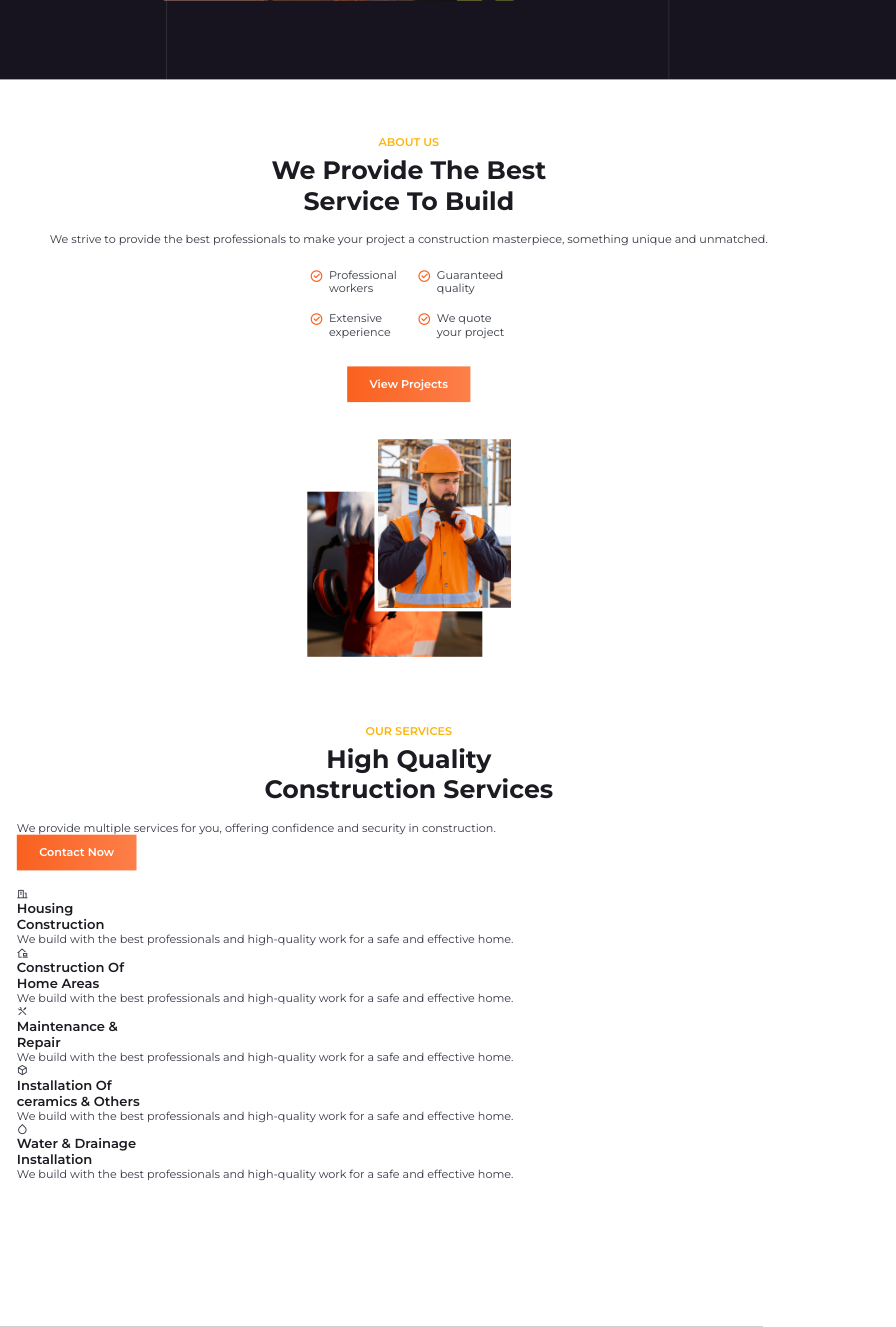
Repository: douglasabnovato/construction
Page: index.html
The author's editor kept a copy of each file at every save. The page is drawn from the files as they stood at one save, then again after the next save.
The browser window is 1280 px wide. The pictures show the part of the page from y = 1708 to 3628 px (the page is 3604 px tall before and 3628 px after), at 70% of full size.

Above is the page before, as saved 2025-05-01 13:00:39.

### index.html
<!DOCTYPE html>
<html lang="en">
  <head>
    <meta charset="UTF-8" />
    <meta name="viewport" content="width=device-width, initial-scale=1.0" />

    <!--=============== FAVICON ===============-->
    <link
      rel="shortcut icon"
      href="assets/img/favicon.png"
      type="image/x-icon"
    />

    <!--=============== REMIXICONS ===============-->
    <link
      rel="stylesheet"
      href="https://cdnjs.cloudflare.com/ajax/libs/remixicon/4.2.0/remixicon.css"
    />

    <!--=============== SWIPER CSS ===============-->
    <link rel="stylesheet" href="" />

    <!--=============== CSS ===============-->
    <link rel="stylesheet" href="assets/css/styles.css" />

    <title>Construction</title>
  </head>
  <body>
    <!--==================== HEADER ====================-->
    <header class="header bg-header" id="header">
      <nav class="nav container">
        <a href="#" class="nav__logo">
          <i class="ri-bulding-3-line"></i>
          <span>Construct</span>
        </a>
        <div class="nav__menu" id="nav-menu">
          <u class="nav__list">
            <li>
              <a href="#home" class="nav__link">Home</a>
            </li>
            <li>
              <a href="#aboutus" class="nav__link"> About Us</a>
            </li>
            <li>
              <a href="#services" class="nav__link"> Services</a>
            </li>
            <li>
              <a href="#projects" class="nav__link"> Projects</a>
            </li>
            <li>
              <a href="#contactus" class="nav__link button"> Contact Us</a>
            </li>
          </u>
          <!-- Close Button -->
          <div class="nav__close" id="nav-close">
            <i class="ri-close-large-line"></i>
          </div>
        </div>
        <!-- Toggle menu -->
        <div class="nav__toggle" id="nav-toggle">
          <i class="ri-apps-2-line"></i>
        </div>
      </nav>
    </header>

    <!--==================== MAIN ====================-->
    <main class="main">
      <!--==================== HOME ====================-->
      <section class="home section" id="home">
        <img
          src="./assets/img/home-lines-bg.svg"
          alt="image"
          class="home__lines"
        />
        <div class="home__container container grid">
          <div class="home__container grid">
            <div class="home__data">
              <h1 class="home__title">
                Create The<br />
                Constructions<br />
                You Want Here
              </h1>
              <p class="home__description">
                We provide the best home design, construction and maintenance
                services for you and your family.
              </p>
              <div class="home__buttons">
                <a href="#services" class="button">Our Services</a>
                <a href="#projects" class="button__link"
                  ><span>View Projects</span> <i class="ri-arrow-right-line"></i
                ></a>
              </div>
            </div>
            <div class="home__info">
              <div>
                <h3 class="home__info-title">10+</h3>
                <p class="home__info-description">
                  Years of <br />
                  Experience
                </p>
              </div>
              <div>
                <h3 class="home__info-title">200</h3>
                <p class="home__info-description">
                  Complete <br />
                  Projects
                </p>
              </div>
            </div>
          </div>
          <div class="home__images">
            <img src="./assets/img/home-img-1.png" alt="imagem" />
            <img src="./assets/img/home-img-2.png" alt="imagem" />
          </div>
        </div>
      </section>

      <!--==================== ABOUT ====================-->
      <section class="about section" id="about">
        <div class="about__container container grid">
          <div class="about__data">
            <span class="section__subtitle">ABOUT US</span>
            <h2 class="section__title">
              We Provide The Best <br />
              Service To Build
            </h2>
            <p class="about__description">
              We strive to provide the best professionals to make your project a
              construction masterpiece, something unique and unmatched.
            </p>
            <ul class="about__list grid">
              <li class="about__list-item">
                <i class="ri-checkbox-circle-line"></i>
                <span>Professional workers</span>
              </li>
              <li class="about__list-item">
                <i class="ri-checkbox-circle-line"></i>
                <span>Guaranteed quality</span>
              </li>
              <li class="about__list-item">
                <i class="ri-checkbox-circle-line"></i>
                <span>Extensive experience</span>
              </li>
              <li class="about__list-item">
                <i class="ri-checkbox-circle-line"></i>
                <span>We quote your project</span>
              </li>
            </ul>
            <a href="#" class="button">View Projects</a>
          </div>
          <div class="about__images">
            <img
              src="./assets/img/about-img-1.png"
              alt="image"
              class="about__img-1"
            />
            <img
              src="./assets/img/about-img-2.png"
              alt="image"
              class="about__img-2"
            />
          </div>
        </div>
      </section>

      <!--==================== SERVICES ====================-->
      <section class="services section" id="services">
        <div class="services__container container grid">
          <div class="services__data">
            <div>
              <span class="section__subtitle">OUR SERVICES</span>
              <h2 class="section__title">
                High Quality <br />
                Construction Services
              </h2>
            </div>
            <p class="services__description">
              We provide multiple services for you, offering confidence and
              security in construction.
            </p>
            <a href="#contact" class="button">Contact Now</a>
          </div>
          <div class="services__swiper">
            <div>
              <article class="services__card">
                <div class="services__icon">
                  <i class="ri-building-line"></i>
                </div>
                <h3 class="services__title">
                  Housing <br />
                  Construction
                </h3>
                <p>
                  We build with the best professionals and high-quality work for
                  a safe and effective home.
                </p>
              </article>
              <article class="services__card">
                <div class="services__icon">
                  <i class="ri-home-office-line"></i>
                </div>
                <h3 class="services__title">
                  Construction Of <br />
                  Home Areas
                </h3>
                <p>
                  We build with the best professionals and high-quality work for
                  a safe and effective home.
                </p>
              </article>
              <article class="services__card">
                <div class="services__icon"><i class="ri-tools-line"></i></div>
                <h3 class="services__title">
                  Maintenance & <br />
                  Repair
                </h3>
                <p>
                  We build with the best professionals and high-quality work for
                  a safe and effective home.
                </p>
              </article>
              <article class="services__card">
                <div class="services__icon"><i class="ri-box-3-line"></i></div>
                <h3 class="services__title">
                  Installation Of <br />
                  ceramics & Others
                </h3>
                <p>
                  We build with the best professionals and high-quality work for
                  a safe and effective home.
                </p>
              </article>
              <article class="services__card">
                <div class="services__icon"><i class="ri-drop-line"></i></div>
                <h3 class="services__title">
                  Water & Drainage <br />
                  Installation
                </h3>
                <p>
                  We build with the best professionals and high-quality work for
                  a safe and effective home.
                </p>
              </article>
            </div>
          </div>
          <!-- Navigation buttons -->
        </div>
        <div class="services__shape"></div>
      </section>

      <!--==================== PROJECTS ====================-->
      <section class="projects section" id="projects"></section>

      <!--==================== CONTACT ====================-->
      <section class="contact section" id="contact"></section>
    </main>

    <!--==================== FOOTER ====================-->
    <footer class="footer"></footer>

    <!--========== SCROLL UP ==========-->

    <!--=============== SCROLLREVEAL ===============-->
    <script src=""></script>

    <!--=============== SWIPER JS ===============-->
    <script src=""></script>

    <!--=============== MAIN JS ===============-->
    <script src="assets/js/main.js"></script>
  </body>
</html>

### assets/css/styles.css
/*=============== GOOGLE FONTS ===============*/
@import url("https://fonts.googleapis.com/css2?family=Montserrat:wght@100..900&display=swap");

/*=============== VARIABLES CSS ===============*/
:root {
  --header-height: 3.5rem;

  /*========== Colors ==========*/
  /*Color mode HSL(hue, saturation, lightness)*/
  --first-color: hsl(18, 95%, 55%);
  --second-color: hsl(42, 98%, 52%);
  --first-gradient: linear-gradient(
    90deg,
    hsl(18, 95%, 55%),
    hsl(18, 98%, 64%)
  );
  --title-color: hsl(255, 12%, 12%);
  --text-color: hsl(225, 12%, 24%);
  --text-color-light: hsl(255, 4%, 70%);
  --body-color: hsl(0, 0%, 100%);
  --container-color: hsl(0, 0%, 100%);
  --white-color: hsl(0, 0%, 100%);
  --black-color: hsl(255, 20%, 10%);
  --gray-border: hsl(255, 6%, 90%);
  --black-border: hsl(255, 10%, 20%);

  /*========== Font and typography ==========*/
  /*.5rem = 8px | 1rem = 16px ...*/
  --body-font: "Montserrat", sans-serif;
  --big-font-size: 2.25rem;
  --h1-font-size: 1.5rem;
  --h2-font-size: 1.25rem;
  --h3-font-size: 1rem;
  --normal-font-size: 0.938rem;
  --small-font-size: 0.813rem;

  /*========== Font weight ==========*/
  --font-regular: 400;
  --font-medium: 500;
  --font-semi-bold: 600;
  --font-bold: 700;

  /*========== z index ==========*/
  --z-tooltip: 10;
  --z-fixed: 100;
}

/*========== Responsive typography ==========*/
@media screen and (min-width: 1150px) {
  :root {
    --big-font-size: 3.5rem;
    --h1-font-size: 2.25rem;
    --h2-font-size: 1.5rem;
    --h3-font-size: 1.25rem;
    --normal-font-size: 1rem;
    --small-font-size: 0.875rem;
  }
}

/*=============== BASE ===============*/
* {
  box-sizing: border-box;
  padding: 0;
  margin: 0;
}

html {
  scroll-behavior: smooth;
}

body {
  font-family: var(--body-font);
  font-size: var(--normal-font-size);
  background-color: var(--body-color);
  color: var(--text-color);
}

h1,
h2,
h3,
h4 {
  color: var(--title-color);
  font-weight: var(--font-semi-bold);
}

ul {
  list-style: none;
}

a {
  text-decoration: none;
}

img {
  display: block;
  max-width: 100%;
  height: auto;
}

/*=============== REUSABLE CSS CLASSES ===============*/
.container {
  max-width: 1120px;
  margin-inline: 1.5rem;
}

.grid {
  display: grid;
  gap: 1.5rem;
}

.section {
  padding-block: 5rem 1rem;
}
.section__title,
.section__subtitle {
  text-align: center;
}

.section__title {
  font-size: var(--h1-font-size);
  font-weight: var(--font-bold);
  margin-bottom: 1.5rem;
}

.section__subtitle {
  display: block;
  font-size: var(--normal-font-size);
  font-weight: var(--font-semi-bold);
  color: var(--second-color);
  margin-bottom: 0.5rem;
}

.main {
  overflow: hidden;
}

/*=============== HEADER & NAV ===============*/
.header {
  position: fixed;
  width: 100%;
  top: 0;
  left: 0;
  background-color: transparent;
  z-index: var(--z-fixed);
  transition: background-color .4s;
}

.nav {
  position: relative;
  height: var(--header-height);
  display: flex;
  justify-content: space-between;
  align-items: center;
}

.nav__logo {
  display: flex;
  align-items: center;
  column-gap: 0.25rem;
}

.nav__logo span {
  color: var(--white-color);
  font-weight: var(--font-semi-bold);
  transition: color 0.4s;
}

.nav__logoi i {
  color: var(--first-color);
  font-size: 1.5rem;
}

.nav__toggle,
.nav__close {
  font-size: 1.5rem;
  color: var(--white-color);
  cursor: pointer;
  transition: color 0.4s;
}

/* Navigation for mobile devices */
@media screen and (max-width: 1150px) {
  .nav__menu {
    position: fixed;
    top: 0;
    right: -100%;
    background-color: var(--black-color);
    width: 80%;
    height: 100%;
    padding: 7.5rem 3.5rem 0;
    border-left: 2px solid var(--black-border);
    transition: right 0.4s;
  }
}

.nav__list {
  display: flex;
  flex-direction: column;
  row-gap: 4rem;
}

.nav__link {
  color: var(--text-color-light);
  font-weight: var(--font-semi-bold);
  transition: color 0.4s;
}

.nav__link:hover {
  color: var(--first-color);
}

.nav__close {
  position: absolute;
  top: 1rem;
  right: 1.5rem;
}

/* Show menu */
.show-menu {
  right: 0;
}

/* Change background header */
.bg-header{
  background-color: var(--body-color);
  box-shadow: 0 4px 16px hsla(255, 90%, 8%, .1);
}

.bg-header .nav__logo span,
.bg-header .nav__toggle{
  color: var(--title-color);
}

/* Active link */

/*=============== HOME ===============*/
.home {
  position: relative;
  background-color: var(--black-color);
}

.home__container {
  position: relative;
  row-gap: 3rem;
  padding-block: 2.5rem 6rem;
}

.home__content {
  row-gap: 2.5rem;
}

.home__data {
  text-align: center;
}

.home__title {
  color: var(--white-color);
  font-size: var(--big-font-size);
  font-weight: var(--font-bold);
  margin-bottom: 1rem;
}

.home__description{
  margin-bottom: 2.5rem;
  color: var(--text-color-light);
}

.home_buttons{
  display: flex;
  justify-content: center;
  align-items: center;
  gap: 1rem;
}

.home__info{
  display: flex;
  justify-content: center;
  column-gap: 4.5rem;
}

.home__info-title{
  color: var(--second-color);
  font-size: var(--big-font-size);
  font-weight: var(--font-bold);
  margin-bottom: .5rem;
}

.home__info-description{
  font-size: var(--small-font-size);
  color: var(--white-color);
}

.home__images{
  position: relative;
  justify-self: center;
}

.home__img-1{
  width: 250px;
  margin-left: 3.5rem;
}

.home__img-2{
  width: 150px;
  border: 5px solid var(--black-color);
  position: absolute;
  left: 0;
  bottom: -3.5rem;
}

.home__lines{
  position: absolute;
  top: 0;
  left: 0;
  width: 100%;
  height: 100%;
  object-fit: cover;
  object-position: right;
}

/*=============== BUTTON ===============*/
.button {
  display: inline-flex;
  background: var(--first-gradient);
  color: var(--white-color);
  font-weight: var(--font-semi-bold);
  padding: 1rem 2rem;
  transition: box-shadow .4s;
}

.button:hover{
  box-shadow: 0 8px 32px hsla(18, 95%, 55%, .3);
  color: var(--white-color);
}

.button__link {
  display: flex;
  align-items: center;
  column-gap: .25rem;
  color: var(--first-color);
}

.button__link span{
  font-weight: var(--font-semi-bold);
}

.button__link i {
  font-size: 1.5rem;
  transition: transform .4s;
}

.button__link:hover i {
  transform: translateX(.25rem)
}

/*=============== ABOUT ===============*/
.about__container {
  row-gap: 8rem;
}

.about__data {
  text-align: center;
}

.about__description {
  margin-bottom: 2rem;
}

.about__list {
  text-align: initial;
  grid-template-columns: repeat(2, 130px);
  justify-content: center;
  gap: 1.5rem;
  margin-bottom: 2.5rem;
}

.about__list-item {
  display: flex;
  column-gap: .5rem;
  color: var(--tittle-color);
}

.about__list-item i {
  font-size: 1.25rem;
  color: var(--first-color);
}

.about__images{
  position: relative;
  justify-self: center;
}

.about__img-1 {
  width: 200px;
  border: 5px solid var(--body-color);
  position: absolute;
  top: -5rem;
  left: 6rem;
}

.about__img-2 {
  width: 250px;
  margin-right: 2.5rem;
}


/*=============== SERVICES ===============*/


/* Swiper class */

/*=============== PROJECTS ===============*/

/*=============== CONTACT ===============*/

/*=============== FOOTER ===============*/

/*=============== SCROLL BAR ===============*/

/*=============== SCROLL UP ===============*/

/* Show Scroll Up */

/*=============== BREAKPOINTS ===============*/
/* For small devices */

/* For medium devices */

/* For large devices */

### assets/js/main.js
/*=============== SHOW MENU ===============*/
const navMenu = document.getElementById('nav-menu'),
      navToggle = document.getElementById('nav-toggle'),
      navClose = document.getElementById('nav-close')

/* Menu show */
if(navToggle){
    navToggle.addEventListener('click', () =>{
        navMenu.classList.add('show-menu')
    })
}

/* Menu hidden */
if(navClose){
    navClose.addEventListener('click', () =>{
        navMenu.classList.remove('show-menu')
    })
}

/*=============== REMOVE MENU MOBILE ===============*/
const navLink = document.querySelectorAll('.nav__link')

const linkAction = () =>{
    const navMenu = document.getElementById('nav-menu')
    // When we click on each nav__link, we remove the show-menu class
    navMenu.classList.remove('show-menu')
}
navLink.forEach(n => n.addEventListener('click', linkAction))


/*=============== CHANGE BACKGROUND HEADER ===============*/
const bgHeader = () =>{
    const header = document.getElementById('header')
    // Add a class if the bottom offset is greater than 50 of the viewport
    this.scrollY >= 50 ? header.classList.add('bg-header')
                       : header.classList.remove('bg-header')
}
window.addEventListener('scroll', bgHeader)
bgHeader()

/*=============== SWIPER SERVICES ===============*/

/*=============== SHOW SCROLL UP ===============*/

/*=============== SCROLL SECTIONS ACTIVE LINK ===============*/

/*=============== SCROLL REVEAL ANIMATION ===============*/

After the next save:
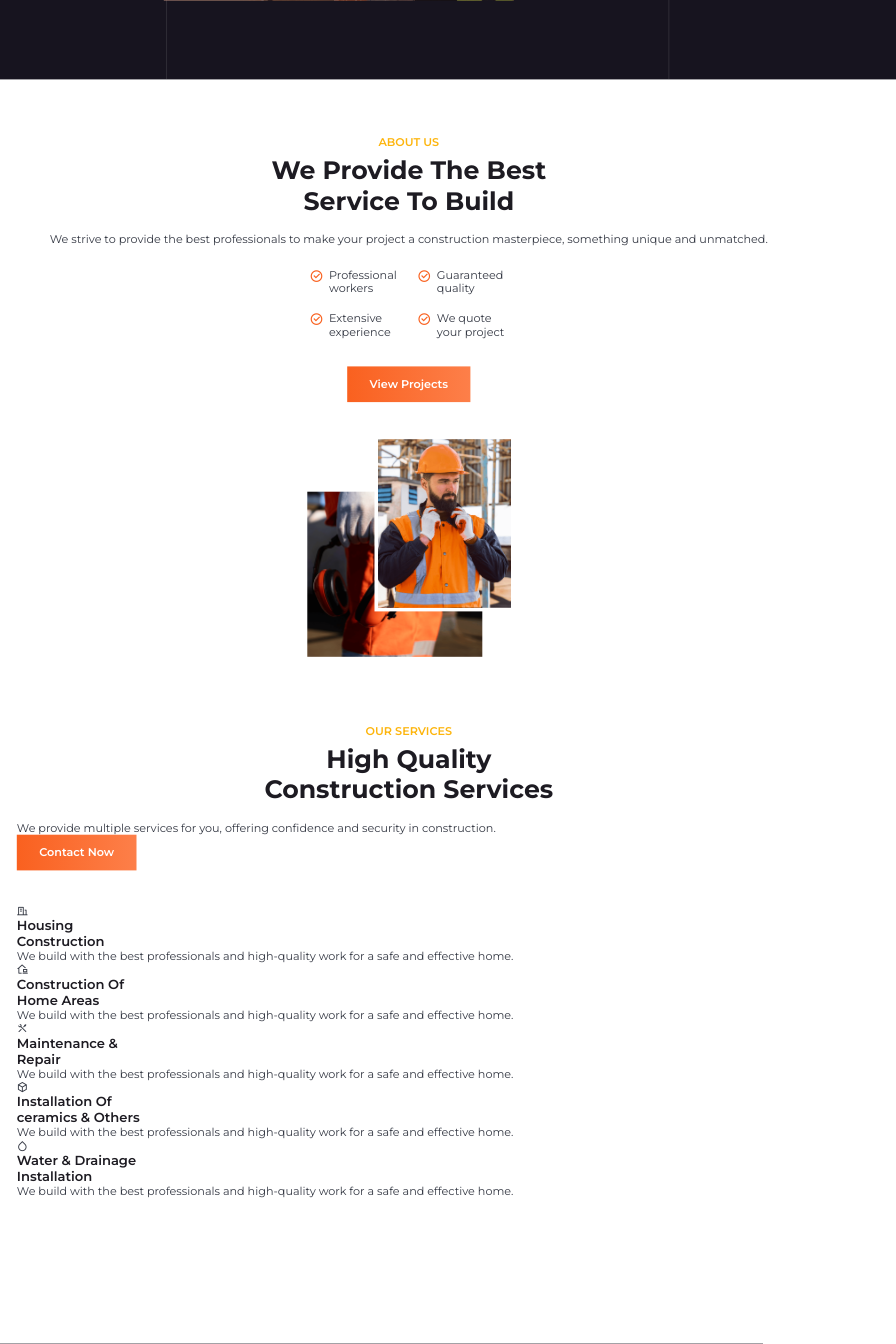
Saved 55 s later.
--- a/assets/css/styles.css
+++ b/assets/css/styles.css
@@ -405,7 +405,14 @@ img {
 
 
 /*=============== SERVICES ===============*/
-
+.services{
+  position: relative;
+}
+
+.services__container{
+  position: relative;
+  row-gap: 3rem;
+}
 
 /* Swiper class */
 
